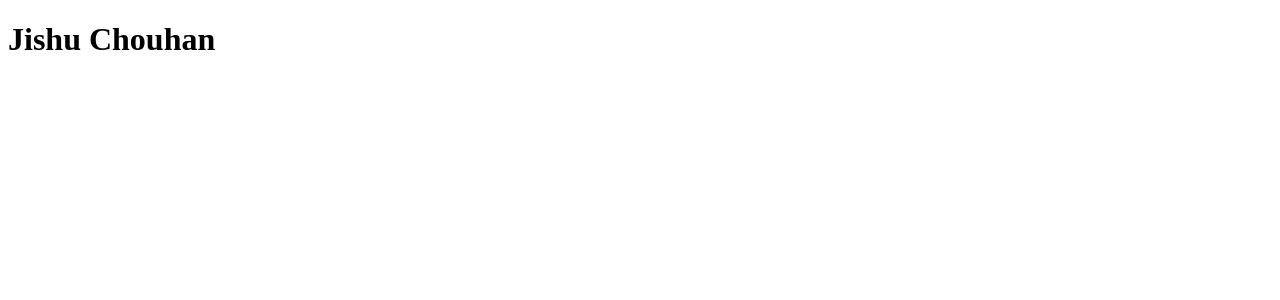
Repository: JishuChouhan/MyCode
Page: index.html
An editor plug-in stored every save of this project. The page is shown before and after the next save, followed by the edit.
The browser window is 1280 px wide. The pictures show the whole page.

Above is the page before, as saved 2025-02-14 20:31:56.

After the next save:
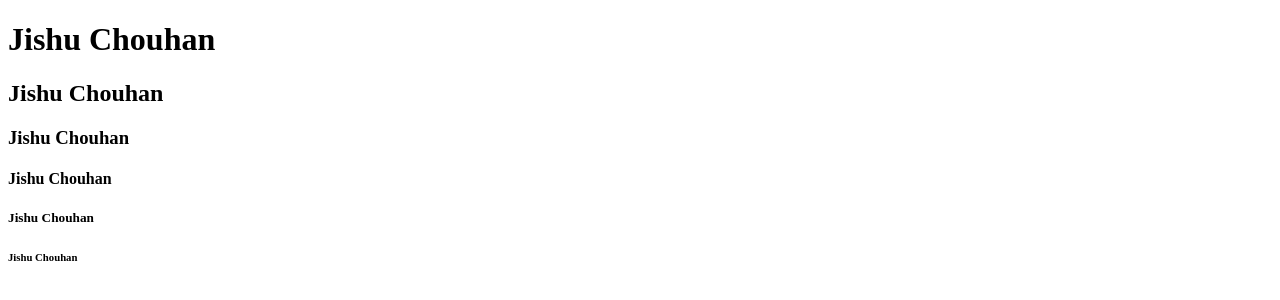
Saved 67 s later.
--- a/index.html
+++ b/index.html
@@ -7,5 +7,10 @@
 </head>
 <body>
     <h1>Jishu Chouhan</h1>
+    <h2>Jishu Chouhan</h2>
+    <h3>Jishu Chouhan</h3>
+    <h4>Jishu Chouhan</h4>
+    <h5>Jishu Chouhan</h5>
+    <h6>Jishu Chouhan</h6>
 </body>
 </html>
